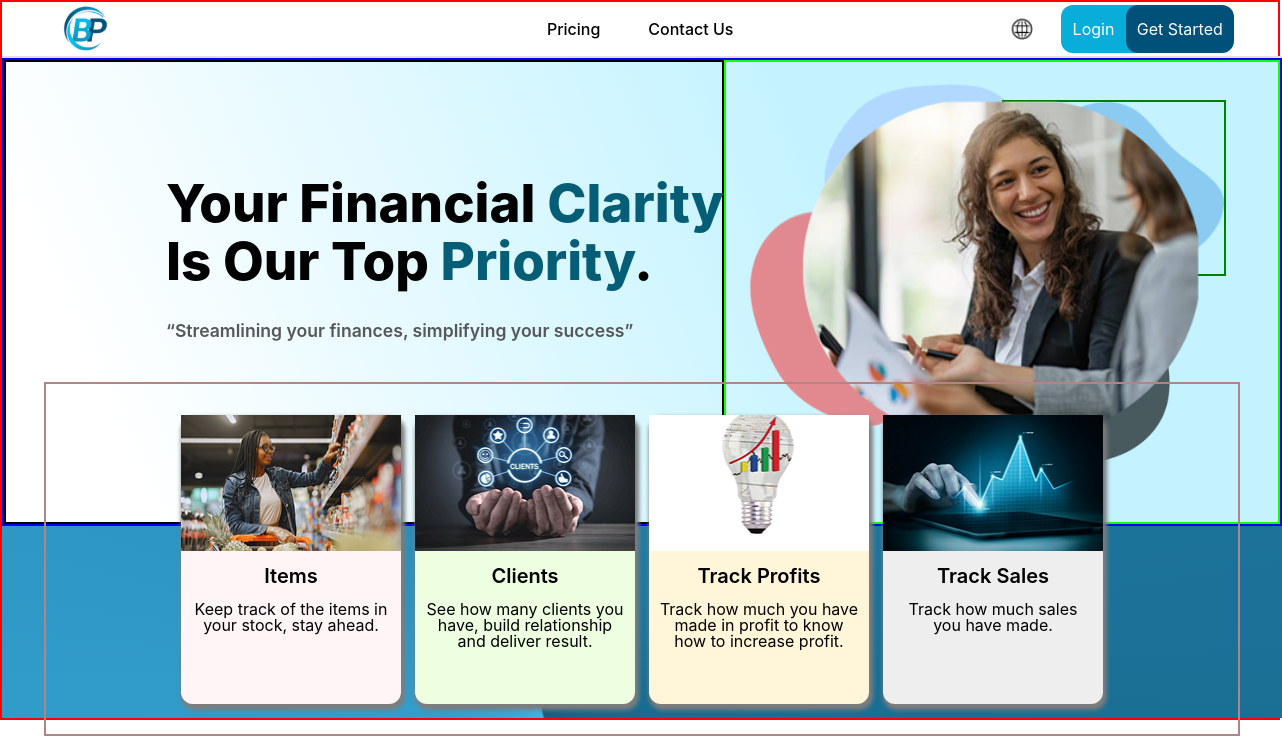
Repository: dark-txch/Bizpadi
Page: /
The author's editor kept a copy of each file at every save. The page is drawn from the files as they stood at one save, then again after a run of saves.
The browser window is 1280 px wide. The page is 1282 px wide, so the pictures cover 1282 px, including what lies to the right of the window. The pictures show the whole page.
The project was rebuilt for these pictures with package versions that can differ from the ones it lists, and the page was loaded fresh each time. Also part of the build but not shown: vite.config.js, src/components/ErrorBoundary.jsx, src/components/LandingPage/PricingPage/Pricing.jsx, src/components/LandingPage/LogInPage/LogIn.jsx.

Above is the page before, as saved 2025-04-07 10:01:44.

After the next 2 saves:
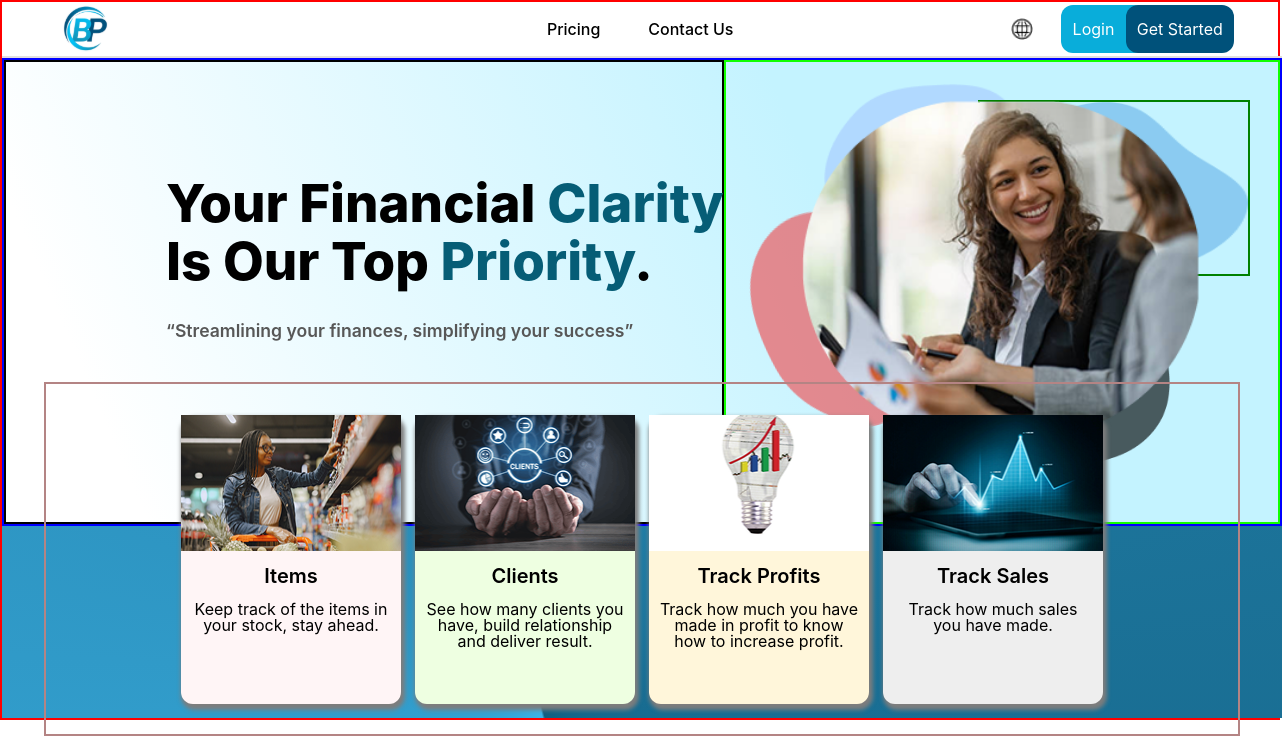
The 2 saves are shown as one change because they came seconds apart.
The last was saved 7 s later.
--- a/src/App.css
+++ b/src/App.css
@@ -204,7 +204,7 @@
 
 .landingPageImages > img:nth-of-type(5) {
 	/* BLUE VECTOR TOP RIGHT*/
-	width: 14rem;
+	width: 17rem;
 	height: 11rem;
 	transform: translate(7rem, -5rem);
 
